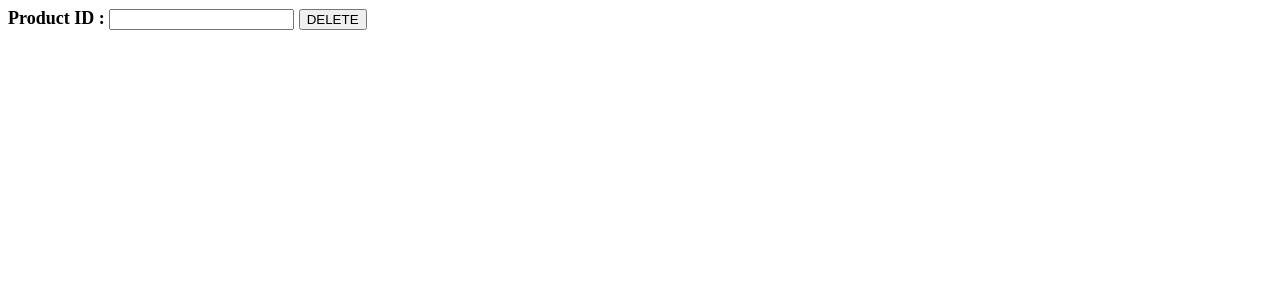
Repository: saxenagau/StrutsApplications
Page: http://localhost/DispatchAction/jsp/deleteform.jsp
These files come from the project's save history. The page is drawn as it stood at one moment and after the next save; the edit follows.
The browser window is 1280 px wide. The pictures show the whole page.
The page is served by Tomcat 9.

Above is the page before, as saved 2012-07-24 07:44:21.

After the next save:
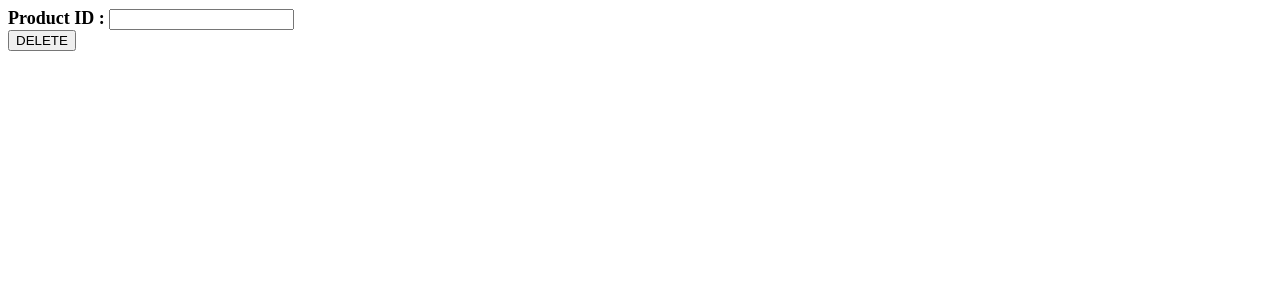
Saved 104 s later.
--- a/BuiltInActions/DispatchAction/WebContent/jsp/deleteform.jsp
+++ b/BuiltInActions/DispatchAction/WebContent/jsp/deleteform.jsp
@@ -9,7 +9,7 @@
 </head>
 <body><b><font size="4">
 	<html:form method="post" action="/delete.do">
-		Product ID : <html:text property="pid"></html:text>
+		Product ID : <html:text property="pid"></html:text><br>
 		<html:submit>DELETE</html:submit>
 		<html:hidden property="method" value="delete"/>
 	</html:form>
